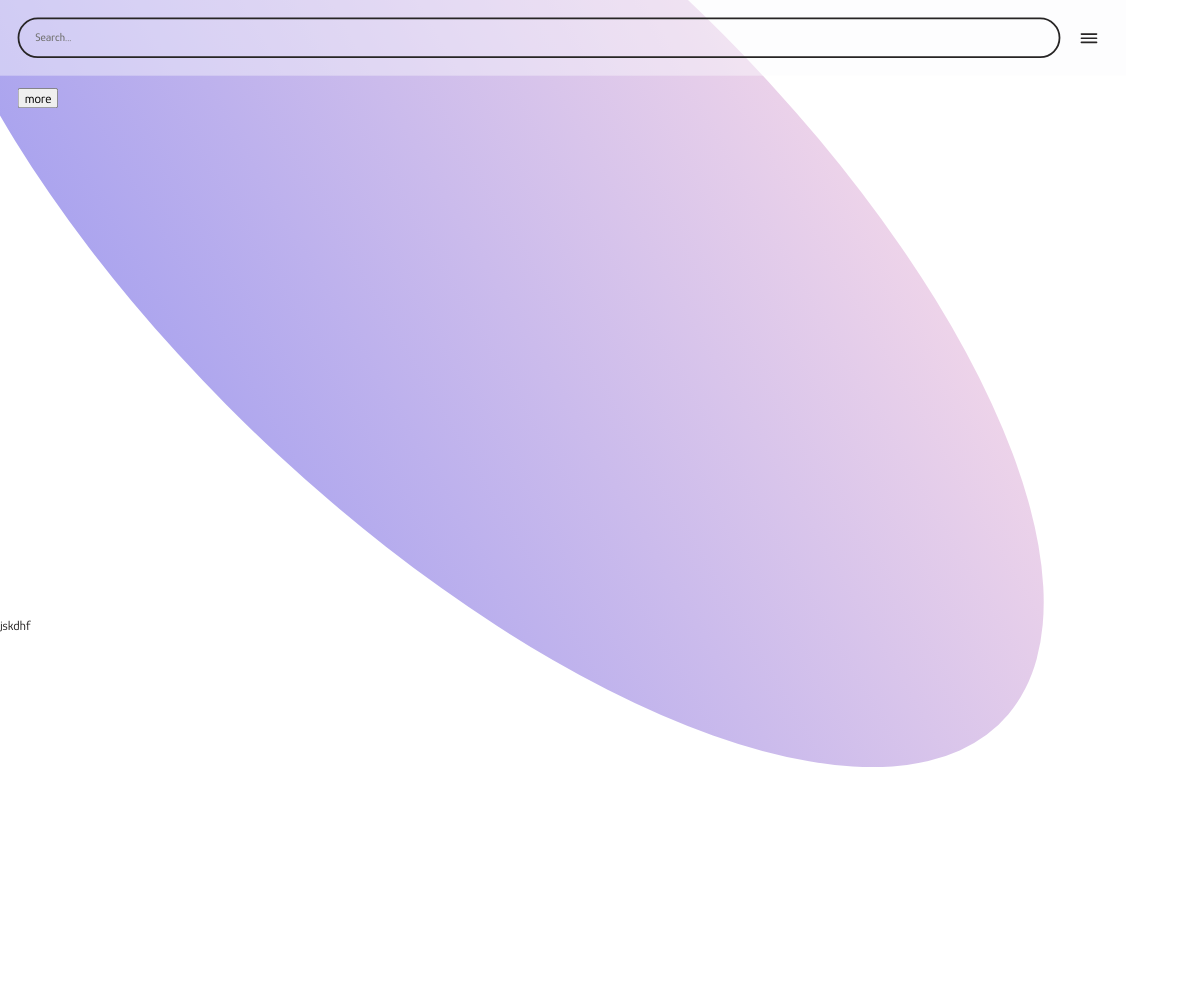
Repository: Axeliriya/my-test
Page: /
These files come from the project's save history. The page is drawn as it stood at one moment and after the next save; the edit follows.
The browser window is 1280 px wide. The page is 1280 px wide, then 1362 px, so the pictures cover 1362 px, including what lies to the right of the window. The pictures show the whole page, at 88% of full size.
The page's requests for data from a server got no answer. The project was rebuilt for these pictures with package versions that can differ from the ones it lists, and the page was loaded fresh each time. No one was signed in, and anything a server would have sent is missing. Also part of the build but not shown: src/components/ProductList/ProductList.tsx, src/components/ProductItem/ProductItem.tsx.

Above is the page before, as saved 2022-04-05 15:48:22.

After the next save:
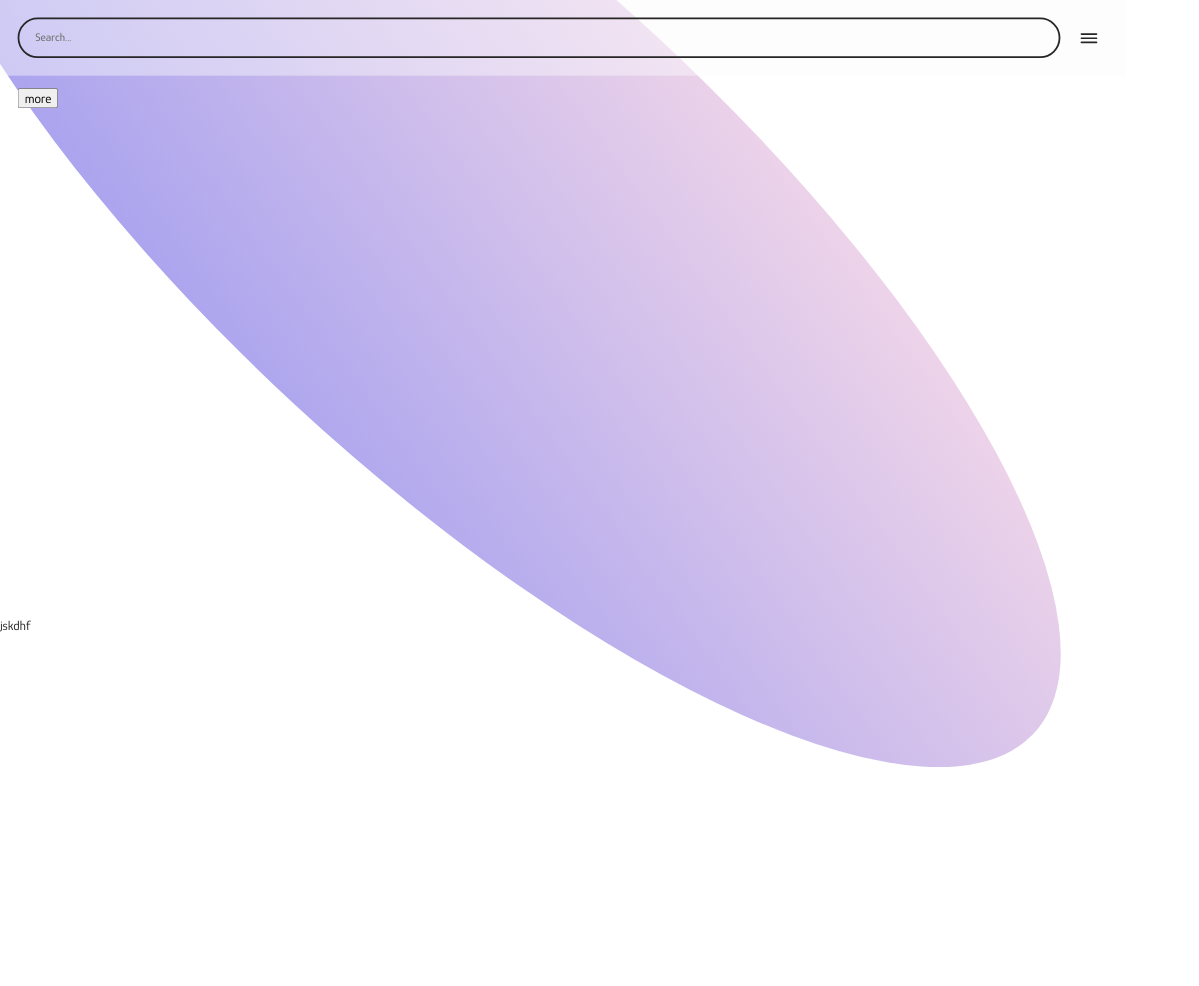
Saved 8 s later.
--- a/src/components/Main/Main.module.scss
+++ b/src/components/Main/Main.module.scss
@@ -13,7 +13,7 @@
   width: 100%;
   height: 500px;
   background: $main-gradient;
-  transform: skew(10deg, 30deg) scale(1, 2);
+  transform: skew(20deg, 30deg) scale(1, 2);
   border-radius: 50%;
   overflow: hidden;
 }
